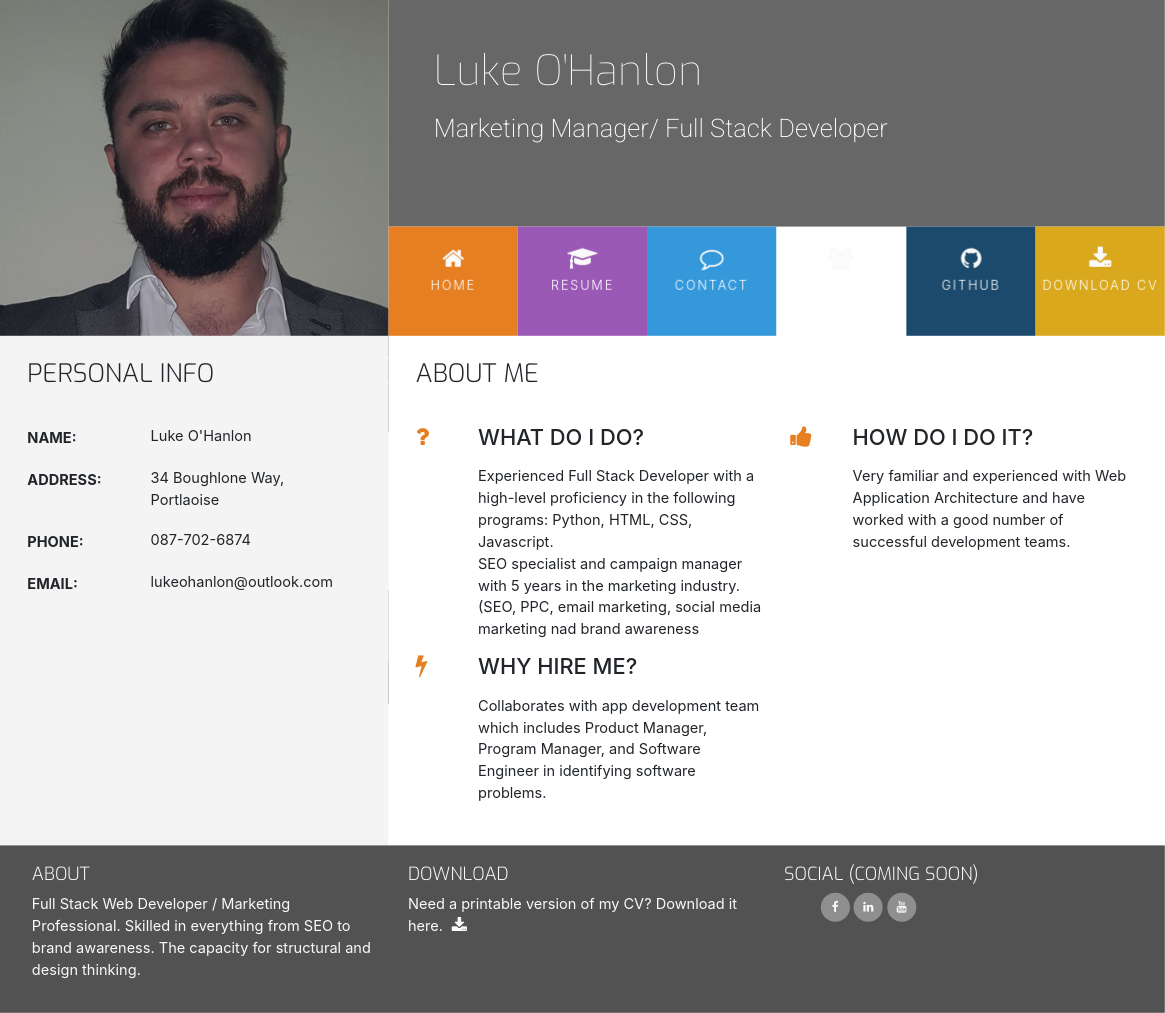
Repository: luke0han/my-resume
Page: index.html
The author's editor kept a record of every edit. The page is drawn from the files as they stood at one moment, then again after the next edit.
The browser window is 1280 px wide. The pictures show the whole page, at 91% of full size.

Above is the page before.
Console error: ReferenceError: emailjs is not defined

### index.html
<!DOCTYPE html>
<html lang="en">

<head>
    <meta charset="UTF-8">
    <meta name="viewport" content="width=device-width, initial-scale=1.0">
    <meta http-equiv="X-UA-Compatible" content="ie=edge">
    <link rel="stylesheet" href="https://stackpath.bootstrapcdn.com/bootstrap/4.3.1/css/bootstrap.min.css" type="text/css" />
    <link rel="stylesheet" href="https://stackpath.bootstrapcdn.com/font-awesome/4.7.0/css/font-awesome.min.css">
    <link href="https://fonts.googleapis.com/css?family=Lato:300,400&display=swap" rel="stylesheet">
    <link rel="stylesheet" href="https://cdnjs.cloudflare.com/ajax/libs/hover.css/2.3.1/css/hover-min.css" type="text/css" />
    <script type="text/javascript" src="https://cdn.emailjs.com/sdk/2.3.2/email.min.js"></script>
    <script type="text/javascript">
    (function(){
      emailjs.init("user_tfpuYKBnoMXbscfOUrYHY");
     })();
    </script>
    <link rel="stylesheet" href="assets/css/style.css">
    <title>Luke O'Hanlon</title>
</head>

<body>
   <header>
        <div class="row no-gutters">
            <a class="col-md-4 logo" href="02-index.html"></a>
            <div class="col-md-8">
                <div class="row no-gutters bg-color-name-title">
                    <div class="col heading">
                        <h1 class="name">Luke O'Hanlon</h1>
                        <h2 class="title">Marketing Manager/ Full Stack Developer</h2>
                    </div>
                </div>
                <div class="row no-gutters">
                    <div class="col">
                        <ul id="nav" class="list-inline menucontainer">
                            <li class="col-6 col-sm-2 ui-menu-color-home list-inline-item menuitem">
                                <a href="index.html" class="hvr-sweep-to-bottom"><i class="fa fa-home" aria-hidden="true"></i><span>Home</span></a>
                            </li>
                            <li class="col-6 col-sm-2 ui-menu-color-resume list-inline-item menuitem">
                                <a href="resume.html" class="hvr-sweep-to-bottom"><i class="fa fa-graduation-cap" aria-hidden="true"></i><span>Resume</span></a>
                            </li>
                            <li class="col-6 col-sm-2 ui-menu-color-contact list-inline-item menuitem">
                                <a href="contact.html" class="hvr-sweep-to-bottom"><i class="fa fa-comment-o" aria-hidden="true"></i><span>Contact</span></a>
                            </li>
                            <li class="col-6 col-sm-2 ui-menu-color-interests list-inline-item menuitem">
                                <a href="interests.html" class="hvr-sweep-to-bottom"><i class="fa fa-users" aria-hidden="true"></i><span>Interests</span></a>
                            </li>
                            <li class="col-6 col-sm-2 ui-menu-color-github list-inline-item menuitem">
                                <a href="github.html" class="hvr-sweep-to-bottom"><i class="fa fa-github" aria-hidden="true"></i><span>GitHub</span></a>
                            </li>
                            <li class="col-6 col-sm-2 ui-menu-color-download list-inline-item menuitem">
                                <a href="assets/cv/Luke O'Hanlon.pdf" target="_blank" class="hvr-sweep-to-bottom"><i class="fa fa-download" aria-hidden="true"></i><span>Download CV</span></a>
                            </li>
                        </ul>
                    </div>
                </div>
                </div>
            </div>
        </div>
    </header>

    <section class="container-fluid">
        <div class="row">
            <div class="col-md-4 bg-color-personal-info section-column">
                <div class="row">
                    <div class="col-12">
                        <h3 class="section-heading uppercase">Personal Info</h3>
                    </div>
                </div>
                <div class="personal-info-item">
                    <div class="key">
                        <p class="uppercase">
                            Name:
                        </p>
                    </div>
                    <div class="value">
                        <p>
                            Luke O'Hanlon
                        </p>

                    </div>
                </div>
                <div class="personal-info-item">
                    <div class="key">
                        <p class="uppercase">
                            Address:
                        </p>
                    </div>
                    <div class="value">
                        <p>
                            34 Boughlone Way, Portlaoise
                        </p>
                    </div>
                </div>
                <div class="personal-info-item">
                    <div class="key">
                        <p class="uppercase">
                            Phone:
                        </p>
                    </div>
                    <div class="value">
                        <p>
                            087-702-6874
                        </p>
                    </div>
                </div>
                <div class="personal-info-item">
                    <div class="key">
                        <p class="uppercase">
                            Email:
                        </p>
                    </div>
                    <div class="value">
                        <p>
                            lukeohanlon@outlook.com <br><br><br><br><br><br><br><br><br>
                        </p>
                    </div>
                </div>
            </div>
            <div class="col-md-8 bg-color-three-reasons section-column">
                <div class="row">
                    <div class="col">
                        <h3 class="section-heading uppercase">About me</h3>
                    </div>
                </div>
                <div class="row">
                    <div class="col-10 offset-1 offset-sm-0 col-sm-4 col-md-6">
                        <div class="row">
                            <div class="col-2">
                                <i class="three-reasons-icon fa fa-question" aria-hidden="true"></i>
                            </div>
                            <div class="col-10">
                                <h4 class="three-reasons-heading uppercase">What do I do?</h4>
                                <p>Experienced Full Stack Developer with a high-level proficiency in the following programs: Python, HTML, CSS, Javascript.
                                <br>SEO specialist and campaign manager with 5 years in the marketing industry. (SEO, PPC, email marketing, social media marketing nad brand awareness</p>
                            </div>
                        </div>
                    </div>
                    <div class="col-10 offset-1 offset-sm-0 col-sm-4 col-md-6">
                        <div class="row">
                            <div class="col-2">
                                <i class="three-reasons-icon fa fa-thumbs-up" aria-hidden="true"></i>
                            </div>
                            <div class="col-10">
                                <h4 class="three-reasons-heading uppercase">How do I do it?</h4>
                                <p>Very familiar and experienced with Web Application Architecture and have worked with a good number of successful development teams.</p>
                            </div>

                        </div>
                    </div>
                    <div class="col-10 offset-1 offset-sm-0 col-sm-4 col-md-6">
                        <div class="row">
                            <div class="col-2">
                                <i class="three-reasons-icon fa fa-bolt" aria-hidden="true"></i>
                            </div>
                            <div class="col-10">
                                <h4 class="three-reasons-heading uppercase">Why hire me?</h4>
                                <p>Collaborates with app development team which includes Product Manager, Program Manager, and Software Engineer in identifying software problems.</p>
                            </div>

                        </div>
                    </div>
                </div>
            </div>
        </div>

    </section>
    <footer class="container-fluid">
        <div id="footer-details" class="row">
            <div class="col-sm-4">
                <h5 class="uppercase general-sub">About</h5>
                <p class="inline-block">
                    Full Stack Web Developer / Marketing Professional. Skilled in everything from SEO to brand awareness. The capacity for structural and design thinking.
                </p>
            </div>
            <div class="col-sm-4">
                <h5 class="uppercase general-sub">Download</h5>
                <p class="inline-block">
                    Need a printable version of my CV? Download it here.
                    <a href="assets/cv/Luke O'Hanlon.pdf" target="_blank" class="cv-pdf">
                        <i class="fa fa-download" aria-hidden="true"></i>
                        <span class="sr-only">Download link.</span>
                    </a>
                </p>
            </div>
            <div class="col-sm-4">
                <h5 class="uppercase general-sub">Social (Coming Soon)</h5>
                <ul class="list-inline-block social-links">
                    <li class="list-inline-item">
                        <a target="_blank" href="#">
                            <i class="fa fa-facebook" aria-hidden="true"></i>
                            <span class="sr-only">Facebook.</span>
                        </a>
                    </li>
                    <li class="list-inline-item">
                        <a target="_blank" href="#">
                            <i class="fa fa-linkedin" aria-hidden="true"></i>
                            <span class="sr-only">Linkedin.</span>
                        </a>
                    </li>
                    <li class="list-inline-item">
                        <a target="_blank" href="#">
                            <i class="fa fa-youtube" aria-hidden="true"></i>
                            <span class="sr-only">YouTube.</span>
                        </a>
                    </li>
                </ul>
            </div>
        </div>
    </footer>
</body>

</html>

### assets/css/style.css
@import url('https://fonts.googleapis.com/css?family=Lato:300,400|Roboto:100,200,300,400,500,600,700|Exo:100,200,300,400,500,600,700');
/*****************************************COLORS***************************************/

.bg-color-name-title {
    background-color: #676767;
}

.bg-color-three-reasons{
    background-color: #fff;
}
.ui-menu-color-home {
    background-color: #e67e22;
}

.ui-menu-color-resume {
    background-color: #9b59b6;
}

.ui-menu-color-contact {
    background-color: #3498db;
}

.ui-menu-color-download {
    background-color: #525252;
}

.bg-color-personal-info {
    background-color: #f4f4f4;
}

.bg-color-work-history {
    background-color: #9b59b6;
}

.ui-menu-color-download {
    background-color: #d9a81d;
}


.ui-menu-color-github {
    background-color: #1c4a6c;
}

/*****************************************Special paddings/margins/text***************************************/

h1,
h2,
h3,
h4 {
    margin: 0;
}

.uppercase {
    text-transform: uppercase;
}

.general-sub {
    font-family: "Exo", sans-serif;
    font-weight: 300;
    color: #fafafa;
}

.inline-block {
    display: inline-block;
}

.row-table {
    display: table;
}

.section-column {
    display: table-cell;
    padding: 0 30px 30px;
    float: none;
}
.history-heading,
.section-heading {
    font-family: "Exo", sans-serif;
    font-weight: 300;
    margin-top:25px;
    margin-bottom: 40px;
}

/*****************************************HEADING***************************************/

header {
    margin: 0;
}

.heading {
    margin-left: 50px;
}

.logo {
    background: url("../images/luke.jpg");
    background-position: center;
    background-repeat: no-repeat;
    background-size: cover;
    min-height: 360px;
    transition: all .5s ease-in-out;
    -moz-transition: all .5s ease-in-out;
    -webkit-transition: all .5s ease-in-out;
}

.name {
    font-family: "Exo", sans-serif;
    font-weight: 100;
    font-size: 46px;
    margin-top: 50px;
    color: #fff;
}

.title {
    font-family: "Roboto", sans-serif;
    font-weight: 200;
    font-size: 28px;
    margin-top: 20px;
    margin-bottom: 90px;
    color: #fff;
}

.list-inline-item:not(:last-child) {
    margin: 0;
}

.menucontainer {
    font-size: 0;
}

#nav {
    margin: 0;
}

#nav li {
    font-size: 14px;
    padding: 0;
}

.menuitem {
    height: 120px;
    text-align: center;
    padding: 0;
}

.menuitem a {
    width: 100%;
    text-decoration: none;
    color: #fff;
    height: 120px;
}

.menuitem a i {
    padding-top: 22px;
    display: block;
    color: #fafafa;
    font-size: 26px;
}

.menuitem span {
    display: block;
    width: 100%;
    padding-top: 5px;
    text-align: center;
    text-transform: uppercase;
    font-size: 14px;
    font-weight: 300;
    letter-spacing: 2px;
}

/*****************************************HOVER.CSS***************************************/

.hvr-sweep-to-bottom:before {
    background: rgba(0, 0, 0, 0.2);
    height: 120px;
}

/*****************************************Footer***************************************/

footer {
    background-color: #525252;
    color: #fafafa;
    min-height: 120px;
    margin: 0;
}

.cv-pdf i {
    font-size: 18px;
    color:#fafafa;
    text-align: center;
    padding-left: 5px;
    transition: all 0.35s ease-in-out;
    -moz-transition: all 0.35s ease-in-out;
    -webkit-transition: all 0.35s ease-in-out;
    -o-transition: all 0.35s ease-in-out;
}

.cv-pdf i:hover {
    color: #e84610;
}

.social-links {
    padding-bottom: 15px;
}

.social-links li a i {
    width: 32px;
    height: 32px;
    padding: 12px 0;
    border-radius: 50%;
    font-size: 13px;
    line-height: 7px;
    text-align: center;
    color:#fafafa;
    background: #8f8f8f;
    transition: all 0.35s ease-in-out;
    -moz-transition: all 0.35s ease-in-out;
    -webkit-transition: all 0.35s ease-in-out;
    -o-transition: all 0.35s ease-in-out;
}

.social-links li a i:hover {
    background-color: #e84610;
}

#footer-details {
    padding: 20px;
}

/*****************************************Three Reasons***************************************/

.three-reasons-icon {
    font-size:26px;
    color:#e67e22;
}

.three-reasons-heading {
    margin-bottom: 15px;
}

/*****************************************Personal Info***************************************/

.personal-info-item {
    margin-bottom: 20px;
    display: block;
    clear: both;
}

.personal-info-item .key,
.personal-info-item .value {
    padding-right: 8px;
    display: inline-block;
}

.personal-info-item .key p,
.personal-info-item .value p {
    margin:0;
}

.personal-info-item .key {
    width:30%;
    margin-right: 21px;
    padding-top:2px;
    vertical-align: top;
}

.personal-info-item .key p {
    font-weight: 700;
}

.personal-info-item .value {
    position: relative;
    width:60%;
}

/*****************************************Skills***************************************/

.progress {
    position: relative;
    height: 25px;
    margin-bottom: 4px;
}

.progress-type {
    position: absolute;
    left: 0px;
    font-weight: 400;
    padding: 3px 30px 2px 10px;
    color: #fafafa;
    background-color: rgba(25, 25, 25, 0.2);
}

.progress-section {
    margin: 40px 20px;
}

/*****************************************Work History***************************************/

.history-heading {
    color: #fafafa;
    margin-bottom: 50px;
}

.timeline-item {
    padding: 4em 2em 0em 2em;
    position: relative;
    color: #fafafa;
    border-left: 1px solid;
}

.timeline-item p {
    padding: 0;
    margin: 0;
}

.timeline-item:before {
    content: attr(data-dates);
    position: absolute;
    left: 2.5em;
    top: 3em;
    display: block;
    font-family: "Exo", sans-serif;
    font-weight: 500;
    font-size: 0.8em;
    padding: 0;
    margin: 0;
}

.timeline-item:after {
    width: 12px;
    height: 12px;
    display: block;
    top: 2.4em;
    position: absolute;
    left: -6px;
    border-radius: 12px;
    content: '';
    background: #fafafa;
}

.history-items {
    margin-bottom: 30px;
}

/*****************************************Contact Form***************************************/

.contact-heading {
    font-family: "Exo", sans-serif;
    font-weight: 300;
    margin-top: 25px;
    margin-bottom: 20px;
}

.center-form {
    padding-top: 10px;
    margin: 0 auto;
    max-width: 70%;
}

button[type="submit"] {
    margin-top: 15px;
    margin-bottom: 20px;
    color: #fafafa;
    background-color: #e84610;
}

#map {min-height: 360px;}

/*****************************************Media Queries***************************************/

@media(min-width: 992px) {
    .center-form {
        padding-top: 30px;
        min-height: 240px;
        margin: 0 auto;
        max-width: 50%;
    }
}

After the next edit:
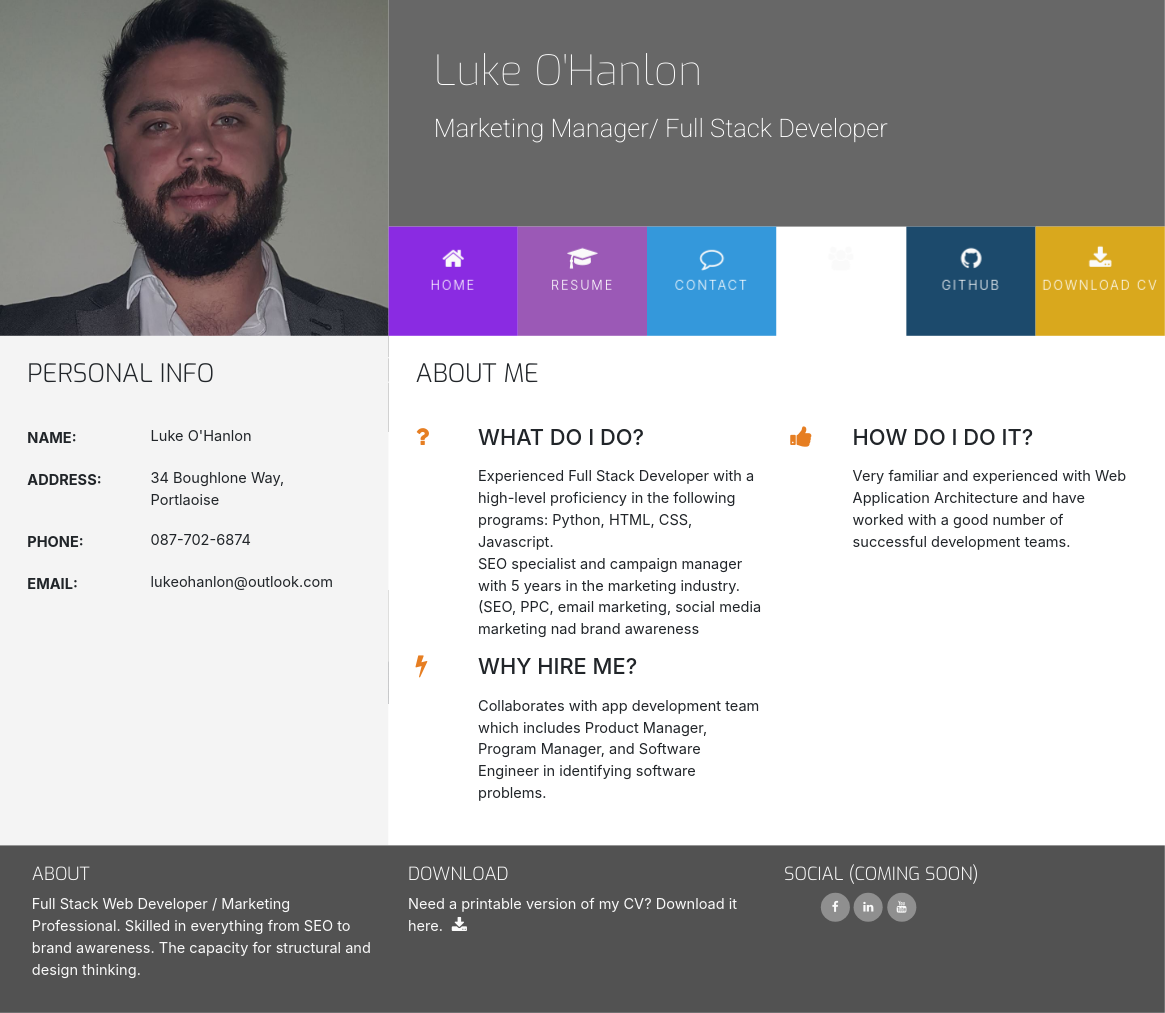
The edit:
--- a/assets/css/style.css
+++ b/assets/css/style.css
@@ -9,7 +9,7 @@
     background-color: #fff;
 }
 .ui-menu-color-home {
-    background-color: #e67e22;
+    background-color: #8A2BE2;
 }
 
 .ui-menu-color-resume {
